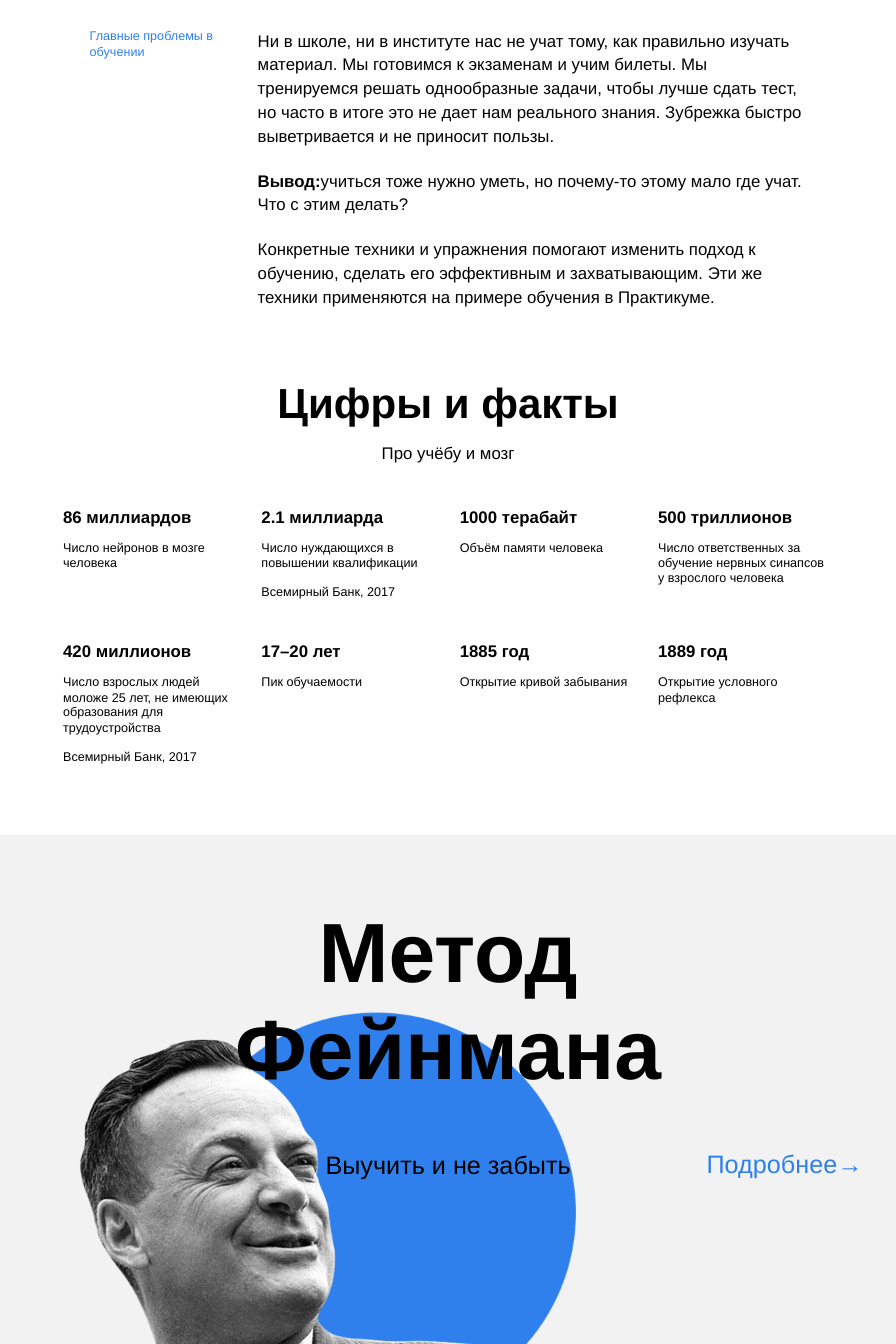
Repository: artemrgrs/how-to-learn
Page: index.html
An editor plug-in stored every save of this project. The page is shown before and after the next save, followed by the edit.
The browser window is 1280 px wide. The pictures show the part of the page from y = 778 to 2698 px (the page is 3920 px tall), at 70% of full size.

Above is the page before, as saved 2020-12-25 11:09:40.

After the next save:
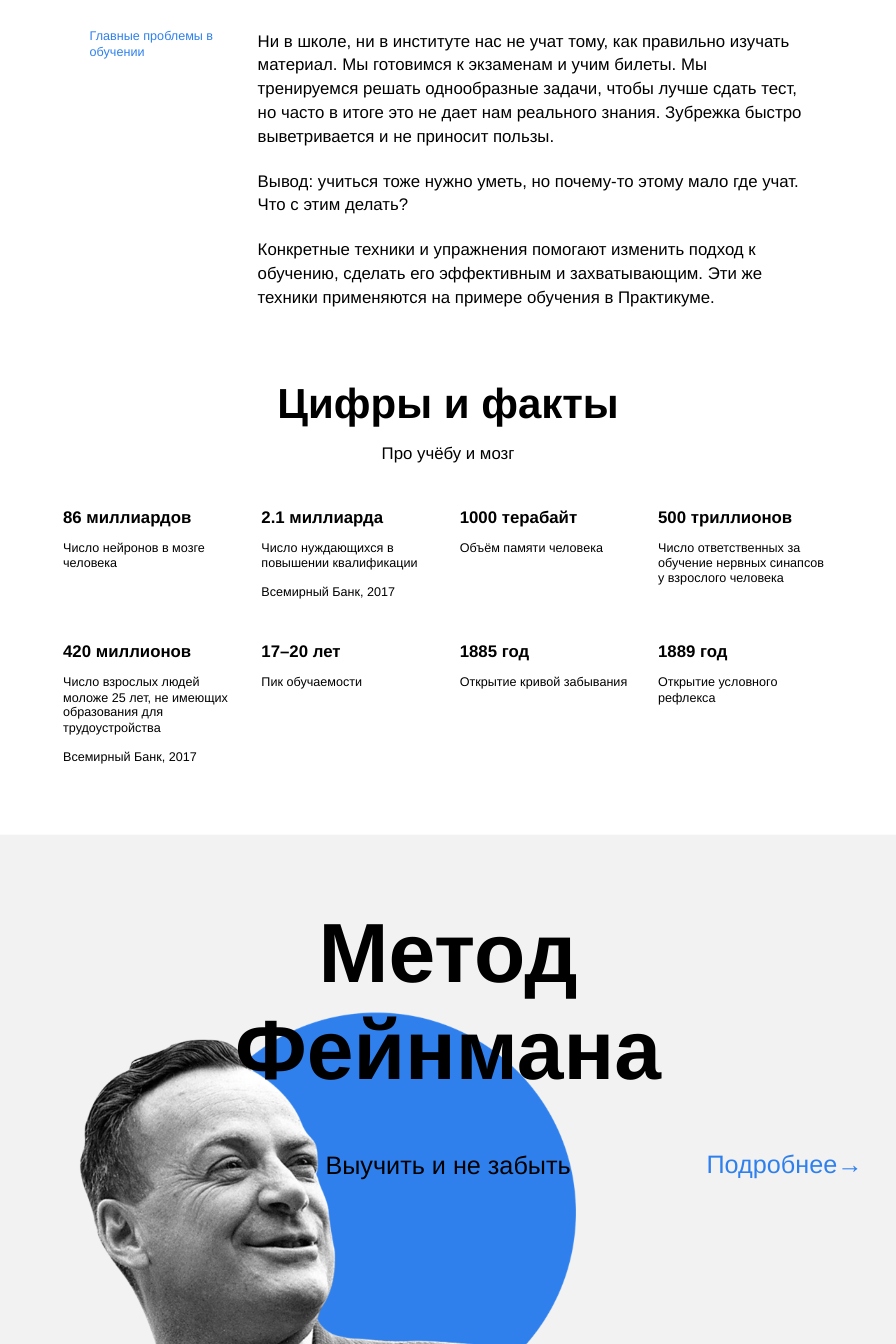
Saved 24 h 10 min later.
--- a/index.html
+++ b/index.html
@@ -26,8 +26,8 @@
               <p class="two-columns__paragraph">Ни в школе, ни в институте нас не учат тому, как правильно изучать материал.
                 Мы готовимся к экзаменам и учим билеты. Мы тренируемся решать однообразные задачи, чтобы лучше сдать тест,
                 но часто в итоге это не дает нам реального знания. Зубрежка быстро выветривается и не приносит пользы.</p>
-              <p class="two-columns__paragraph"><span class="two-columns__span-accent">Вывод:</span>учиться
-                тоже нужно уметь, но почему-то этому мало где учат. Что с этим делать?</p>
+              <p class="two-columns__paragraph"><span class="main-text__span-accent">Вывод:</span>
+                учиться тоже нужно уметь, но почему-то этому мало где учат. Что с этим делать?</p>
               <p class="two-columns__paragraph">Конкретные техники и упражнения помогают изменить подход
                 к обучению, сделать его эффективным и захватывающим. Эти же техники применяются на примере обучения в Практикуме.</p>
             </div>
@@ -129,7 +129,7 @@
       <footer class="footer">
         <div class="footer__columns">
           <div class="footer__column footer__column_content_copyright">
-            <div class="logo logo_place_footer"></div>
+            <div class="logo logo__place_footer"></div>
             <p class="footer__author">&copy;
             2020, Вахитов Артем</p>
           </div>
@@ -165,3 +165,4 @@
     </div>
   </body>
 </html>
+<!--just a comment to commit-->
